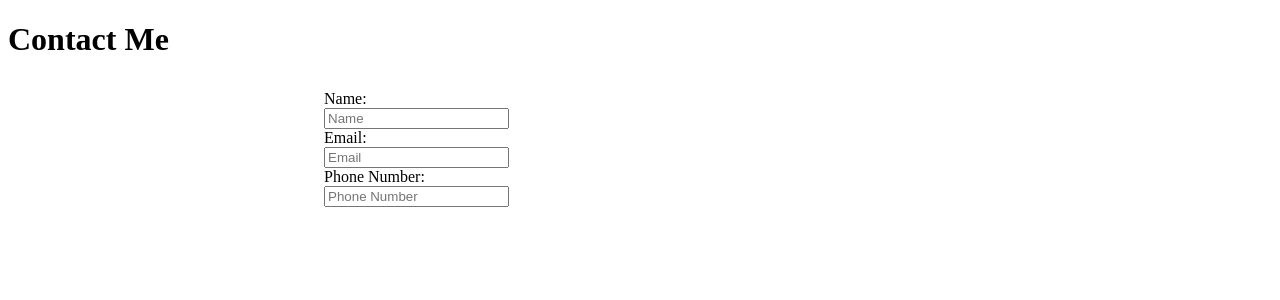
Repository: JanakanS95/COMP-229-Assignment-1
Page: http://localhost/contact
An editor plug-in stored every save of this project. The page is shown before and after the next save, followed by the edit.
The browser window is 1280 px wide. The pictures show the whole page.
The page is served by the project's Node server (app.js).

Above is the page before, as saved 2021-06-03 16:59:58.

After the next save:
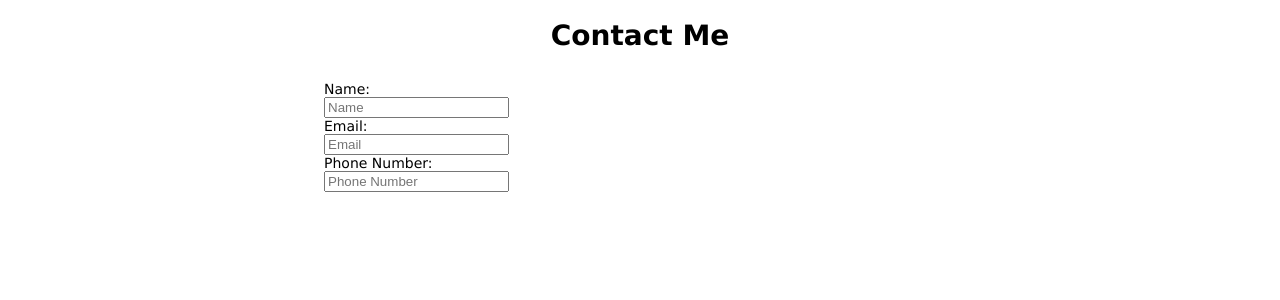
Saved 19 s later.
--- a/public/Content/contact.css
+++ b/public/Content/contact.css
@@ -3,3 +3,11 @@ form{
     width : 50%;
     padding : 10px;
 }
+
+body {
+    font: 14px "Lucida Grande", Helvetica, Arial, sans-serif;
+  }
+
+  h1 {
+    text-align : center;
+  }
